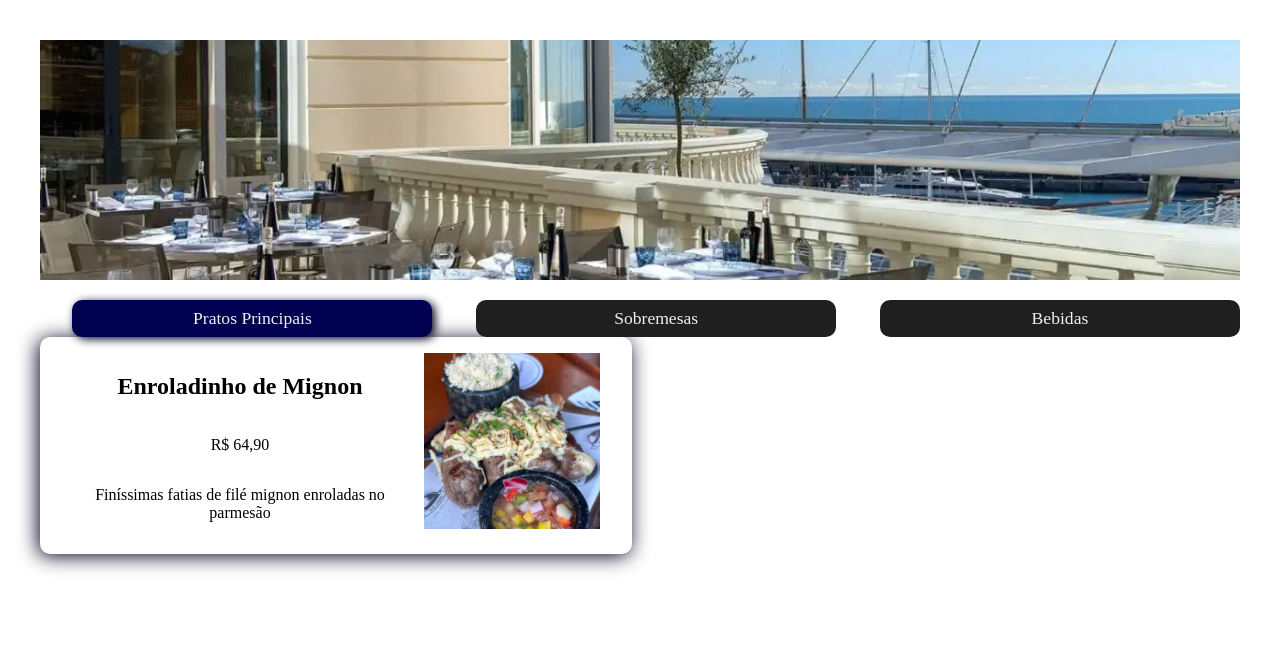
Repository: CarlosEduardoVdeOliveira/cardapio
Page: /
An editor plug-in stored every save of this project. The page is shown before and after the next save, followed by the edit.
The browser window is 1280 px wide. The pictures show the whole page.
The project was rebuilt for these pictures with package versions that can differ from the ones it lists, and the page was loaded fresh each time. Also part of the build but not shown: vite.config.js.

Above is the page before, as saved 2024-02-02 14:44:25.

After the next save:
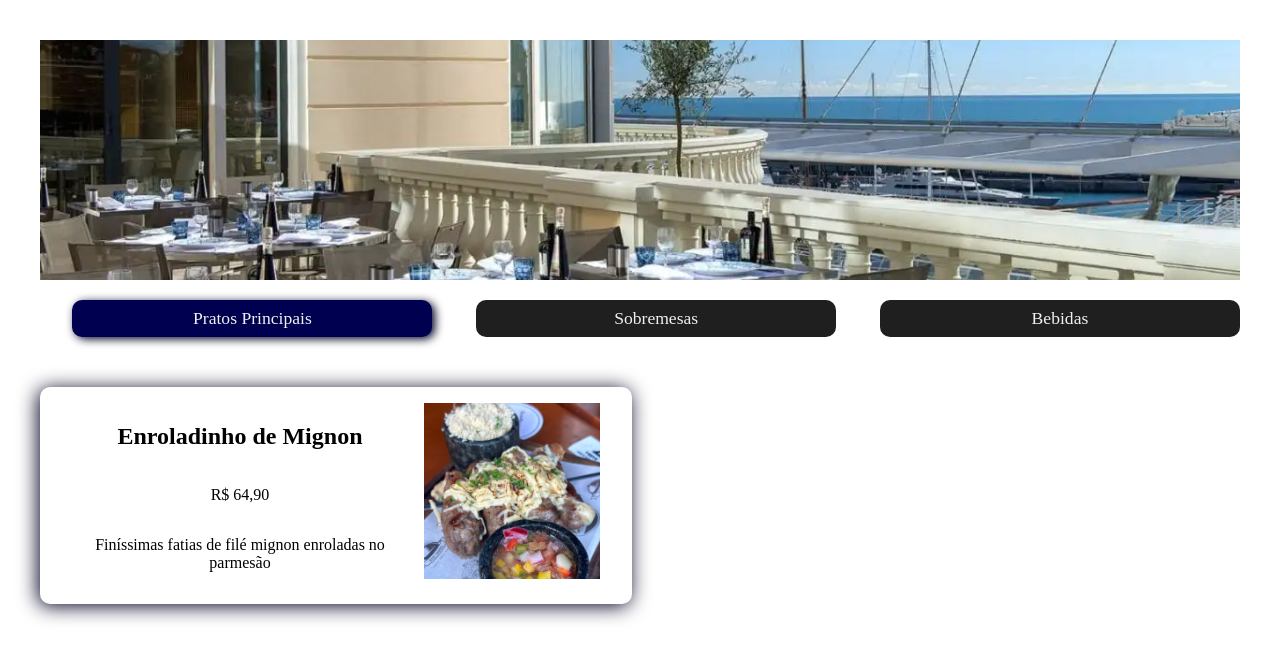
Saved 16 s later.
--- a/src/App.jsx
+++ b/src/App.jsx
@@ -8,7 +8,7 @@ export function App() {
     <>
       <img className="capa" src={banner} alt="imagem do restaurante em Monaco, França, em frente ao mar" />
       <Navegacao />
-      <div >
+      <div className="menu">
         <ItemCardapio/>
       </div>
     </>
